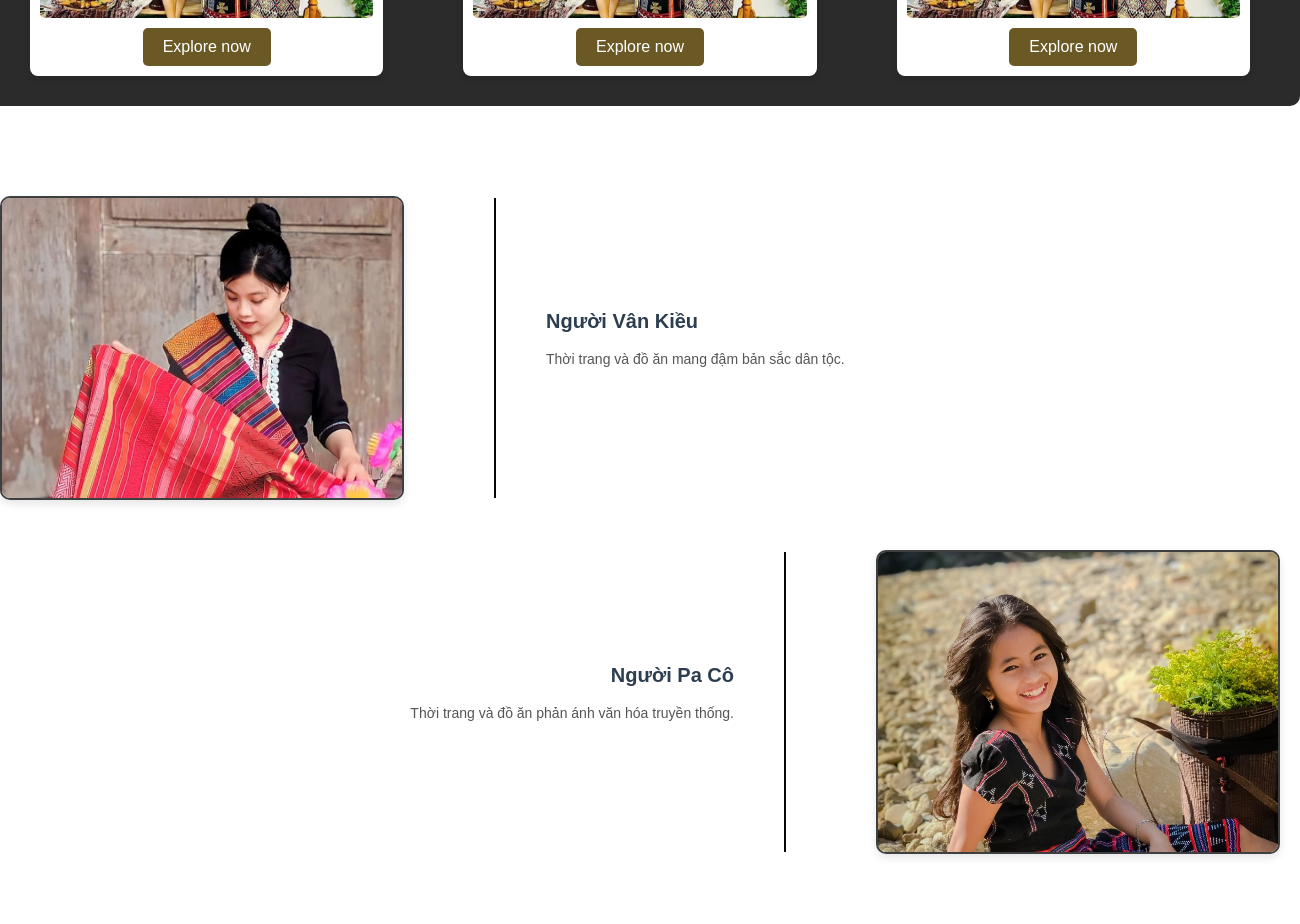
Repository: DangVai/LocalProduct
Page: Views/frontend/test.html
The author's editor kept a copy of each file at every save. The page is drawn from the files as they stood at one save, then again after the next save.
The browser window is 1280 px wide. The page is 1300 px wide, so the pictures cover 1300 px, including what lies to the right of the window. The pictures show the part of the page from y = 1285 to 2209 px (the page is 2209 px tall).
Pictures or frames that could not be fetched are drawn as grey boxes.

Above is the page before, as saved 2024-12-19 10:59:40.

After the next save:
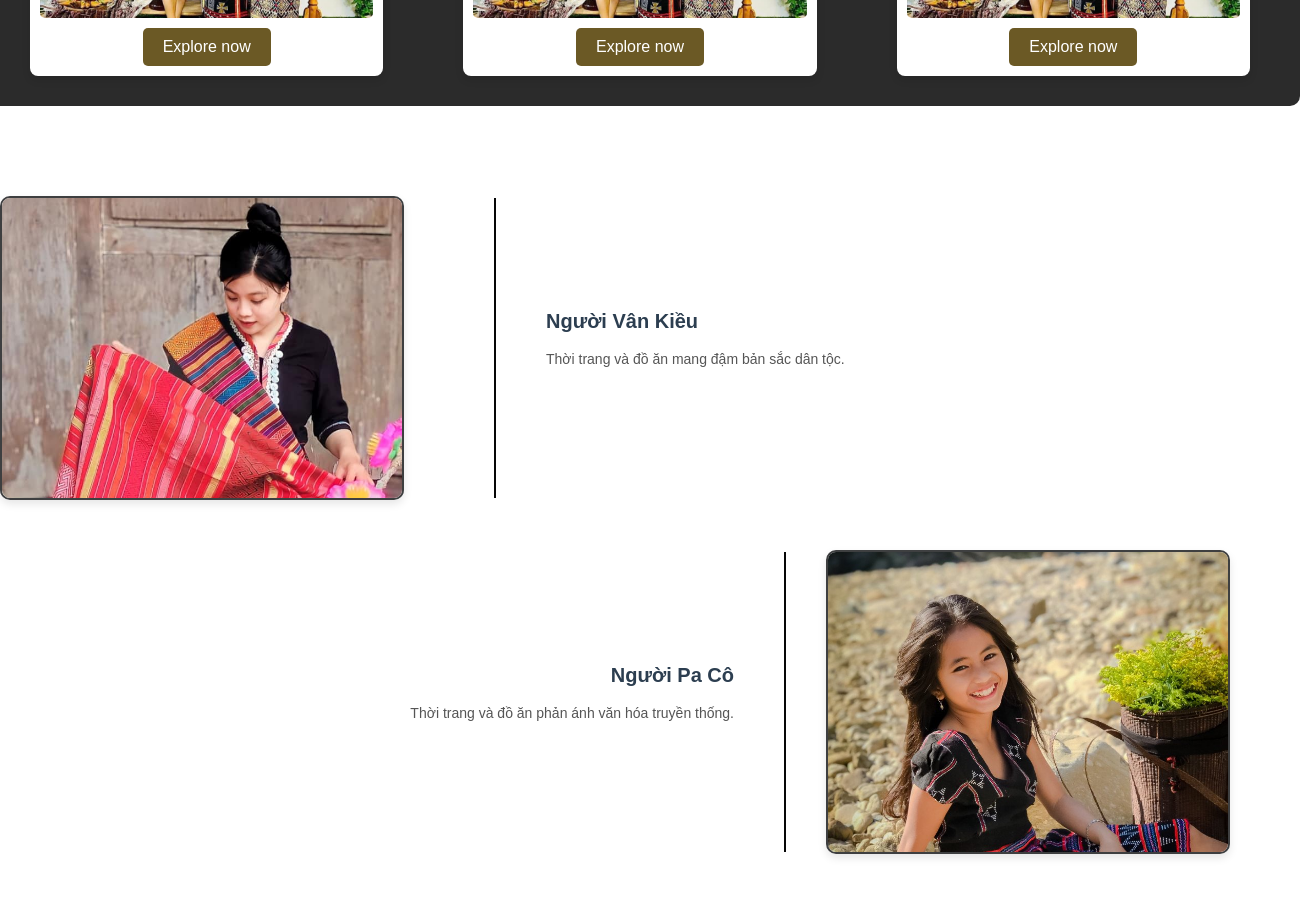
Saved 38 s later.
--- a/Views/frontend/test.html
+++ b/Views/frontend/test.html
@@ -322,7 +322,7 @@
             object-fit: cover;
             /* Đảm bảo hình ảnh không bị méo */
             box-shadow: 0 4px 8px rgba(0, 0, 0, 0.1);
-            margin-left: 50px
+            margin-right: 50px
         }
 
         .vk img {
